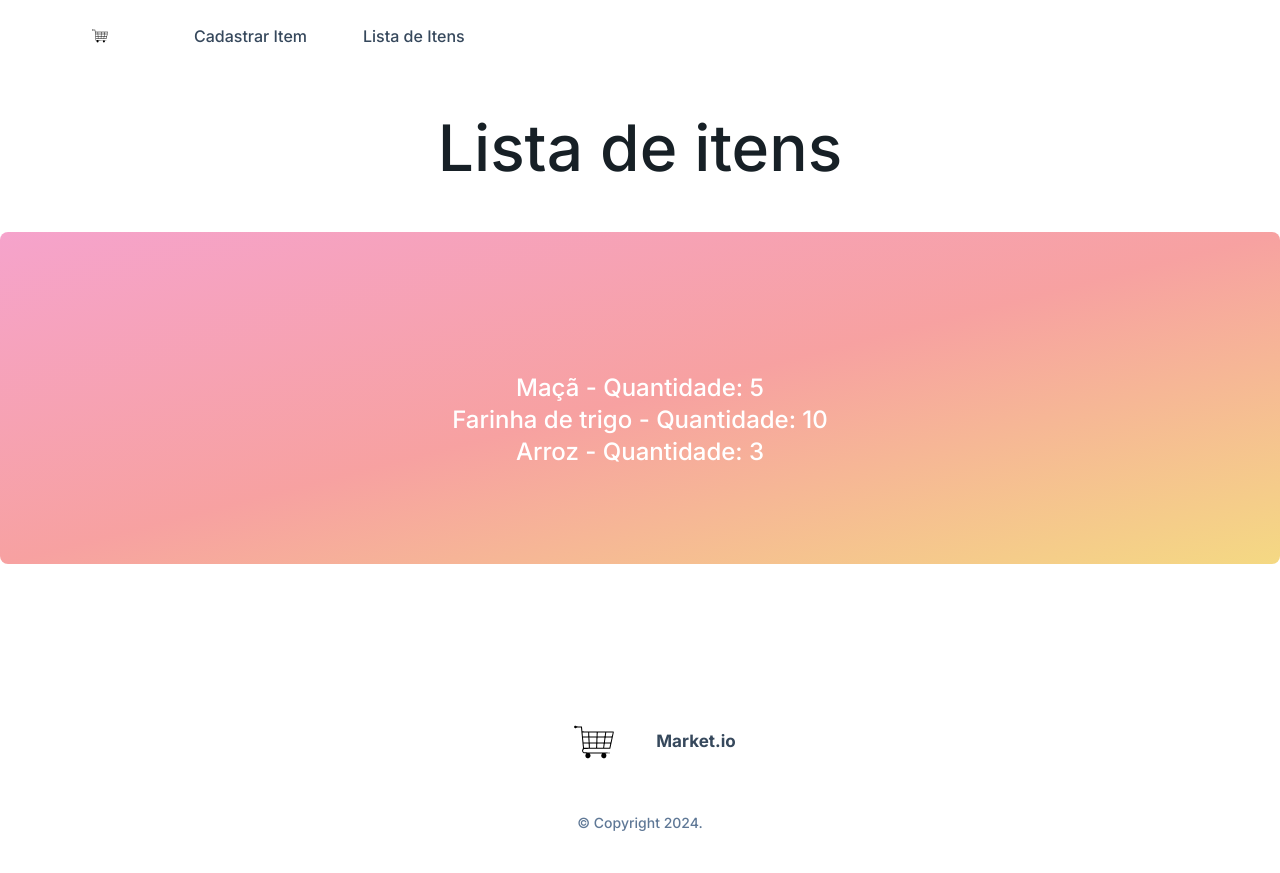
Repository: saraalves09/Avaliacao-01
Page: /list
These files come from the project's save history. The page is drawn as it stood at one moment and after the next save; the edit follows.
The browser window is 1280 px wide. The pictures show the whole page.
The project was rebuilt for these pictures with package versions that can differ from the ones it lists, and the page was loaded fresh each time. The framework's server and built-in components were replaced by stand-ins that run in the browser. Also part of the build but not shown: next.config.mjs.

Above is the page before, as saved 2024-04-23 22:14:28.

After the next save:
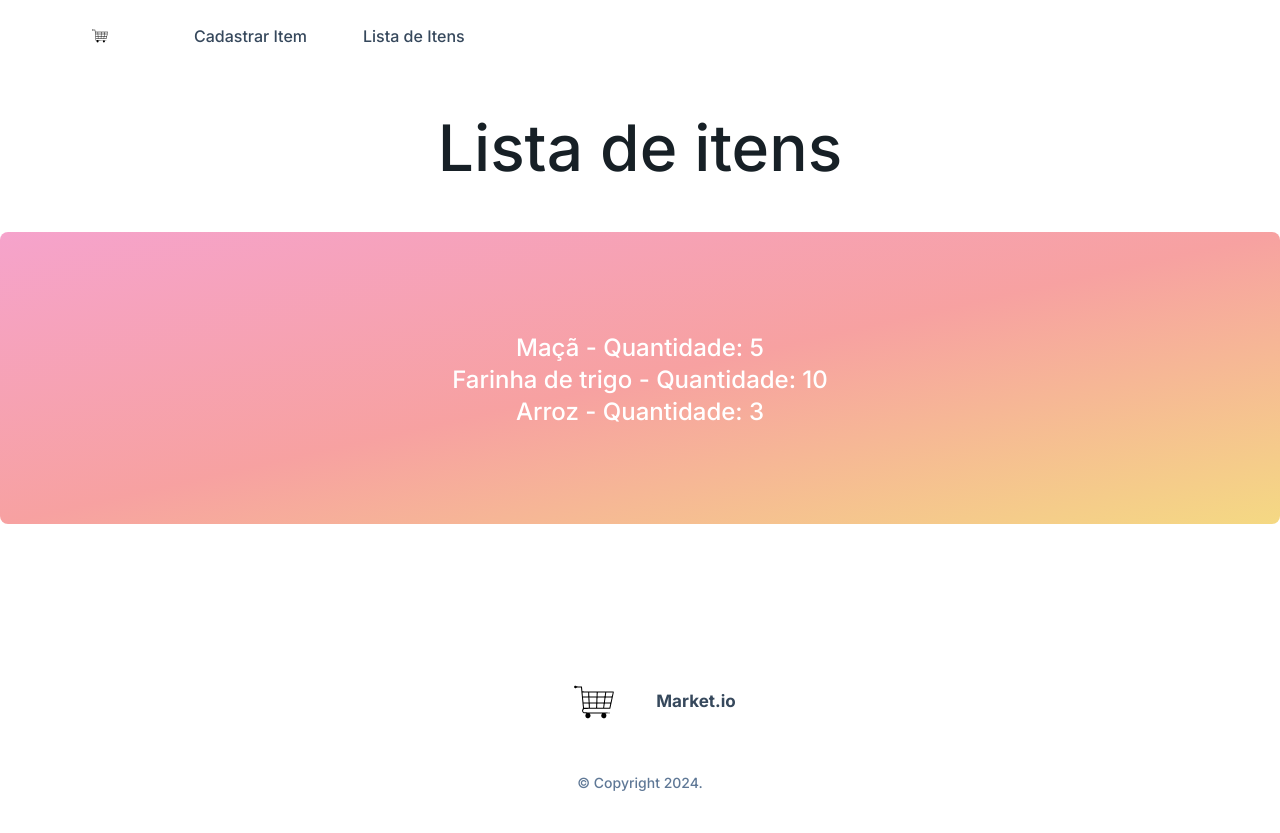
Saved 19 s later.
--- a/app/components/List.tsx
+++ b/app/components/List.tsx
@@ -7,7 +7,7 @@ export function List() {
         </h1>
     </div>
     <div className="w-full rounded-lg bg-gradient-to-br from-pink-500/50 via-red-500/50 to-yellow-500/50 py-8 px-4 text-center lg:my-12 lg:px-10 lg:py-20">
-    <div className="pt-4 lg:pt-10">
+
       <div className="flex justify-center text-center text-[20px] text-white text-lg lg:text-2xl font-medium mb-2 lg:mb-4">
       <ul style={{ marginTop: '20px' }}>
           <li>Maçã - Quantidade: 5</li>
@@ -20,6 +20,5 @@ export function List() {
       </div>
     </div>
     </div>
-    </div>
   );
 }
